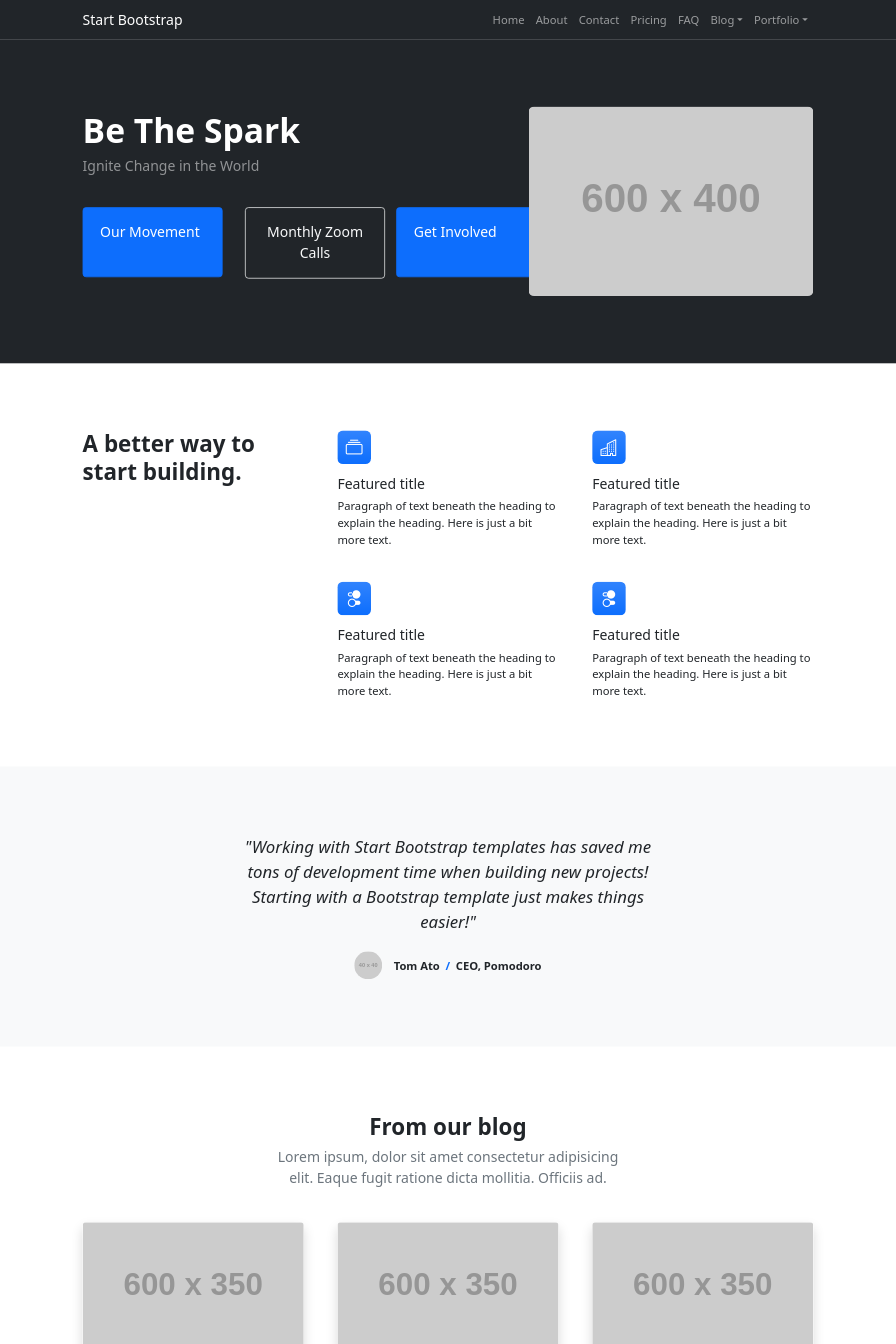
Repository: DragonFruit8/BeTheSpark
Page: index.html
An editor plug-in stored every save of this project. The page is shown before and after a run of saves, followed by the edit.
The browser window is 1280 px wide. The pictures show the part of the page from y = 0 to 1920 px (the page is 2663 px tall before and 2852 px after), at 70% of full size.

Above is the page before, as saved 2024-01-05 08:21:32.

### index.html
<!DOCTYPE html>
<html lang="en">
    <head>
        <meta charset="utf-8" />
        <meta name="viewport" content="width=device-width, initial-scale=1, shrink-to-fit=no" />
        <meta name="description" content="" />
        <meta name="author" content="" />
        <title>Modern Business - Start Bootstrap Template</title>
        <!-- Favicon-->
        <link rel="icon" type="image/x-icon" href="assets/favicon.ico" />
        <!-- Bootstrap icons-->
        <link href="https://cdn.jsdelivr.net/npm/bootstrap-icons@1.5.0/font/bootstrap-icons.css" rel="stylesheet" />
        <!-- Core theme CSS (includes Bootstrap)-->
        <link href="css/styles.css" rel="stylesheet" />
        <link href="css/home.css" rel="stylesheet" />
    </head>
    <body class="d-flex flex-column h-100">
        <main class="flex-shrink-0">
            <!-- Navigation-->
            <nav class="navbar navbar-expand-lg navbar-dark bg-dark">
                <div class="container px-5">
                    <a class="navbar-brand" href="index.html">Start Bootstrap</a>
                    <button class="navbar-toggler" type="button" data-bs-toggle="collapse" data-bs-target="#navbarSupportedContent" aria-controls="navbarSupportedContent" aria-expanded="false" aria-label="Toggle navigation"><span class="navbar-toggler-icon"></span></button>
                    <div class="collapse navbar-collapse" id="navbarSupportedContent">
                        <ul class="navbar-nav ms-auto mb-2 mb-lg-0">
                            <li class="nav-item"><a class="nav-link" href="index.html">Home</a></li>
                            <li class="nav-item"><a class="nav-link" href="about.html">About</a></li>
                            <li class="nav-item"><a class="nav-link" href="contact.html">Contact</a></li>
                            <li class="nav-item"><a class="nav-link" href="pricing.html">Pricing</a></li>
                            <li class="nav-item"><a class="nav-link" href="faq.html">FAQ</a></li>
                            <li class="nav-item dropdown">
                                <a class="nav-link dropdown-toggle" id="navbarDropdownBlog" href="#" role="button" data-bs-toggle="dropdown" aria-expanded="false">Blog</a>
                                <ul class="dropdown-menu dropdown-menu-end" aria-labelledby="navbarDropdownBlog">
                                    <li><a class="dropdown-item" href="blog-home.html">Blog Home</a></li>
                                    <li><a class="dropdown-item" href="blog-post.html">Blog Post</a></li>
                                </ul>
                            </li>
                            <li class="nav-item dropdown">
                                <a class="nav-link dropdown-toggle" id="navbarDropdownPortfolio" href="#" role="button" data-bs-toggle="dropdown" aria-expanded="false">Portfolio</a>
                                <ul class="dropdown-menu dropdown-menu-end" aria-labelledby="navbarDropdownPortfolio">
                                    <li><a class="dropdown-item" href="portfolio-overview.html">Portfolio Overview</a></li>
                                    <li><a class="dropdown-item" href="portfolio-item.html">Portfolio Item</a></li>
                                </ul>
                            </li>
                        </ul>
                    </div>
                </div>
            </nav>
            <!-- Header-->
            <header class="bg-dark py-5">
                <div class="container px-5">
                    <div class="row gx-5 align-items-center justify-content-center">
                        <div class="col-lg-8 col-xl-7 col-xxl-6">
                            <div class="my-5 text-center text-xl-start">
                                <h1 class="display-5 fw-bolder text-white mb-2">Be The Spark</h1>
                                <p class="lead fw-normal text-white-50 mb-4">Ignite Change in the World</p>
                                <div id="CTA" class="d-grid gap-3 d-sm-flex justify-content-sm-center justify-content-xl-start">
                                    <a class="btn btn-primary w-100 h-100 btn-lg px-4 me-sm-3" href="#features">Our Movement</a>
                                    <a class="btn btn-outline-light w-100 h-100 btn-lg px-4" href="#!">Monthly Zoom Calls</a>
                                    <a class="btn btn-primary btn-lg w-100 h-100 px-4 me-sm-3" href="#features">Get Involved </a>
                                </div>
                            </div>
                        </div>
                        <div class="col-xl-5 col-xxl-6 d-none d-xl-block text-center"><img class="img-fluid rounded-3 my-5" src="https://dummyimage.com/600x400/343a40/6c757d" alt="..." /></div>
                    </div>
                </div>
            </header>
            <!-- Features section-->
            <section class="py-5" id="features">
                <div class="container px-5 my-5">
                    <div class="row gx-5">
                        <div class="col-lg-4 mb-5 mb-lg-0"><h2 class="fw-bolder mb-0">A better way to start building.</h2></div>
                        <div class="col-lg-8">
                            <div class="row gx-5 row-cols-1 row-cols-md-2">
                                <div class="col mb-5 h-100">
                                    <div class="feature bg-primary bg-gradient text-white rounded-3 mb-3"><i class="bi bi-collection"></i></div>
                                    <h2 class="h5">Featured title</h2>
                                    <p class="mb-0">Paragraph of text beneath the heading to explain the heading. Here is just a bit more text.</p>
                                </div>
                                <div class="col mb-5 h-100">
                                    <div class="feature bg-primary bg-gradient text-white rounded-3 mb-3"><i class="bi bi-building"></i></div>
                                    <h2 class="h5">Featured title</h2>
                                    <p class="mb-0">Paragraph of text beneath the heading to explain the heading. Here is just a bit more text.</p>
                                </div>
                                <div class="col mb-5 mb-md-0 h-100">
                                    <div class="feature bg-primary bg-gradient text-white rounded-3 mb-3"><i class="bi bi-toggles2"></i></div>
                                    <h2 class="h5">Featured title</h2>
                                    <p class="mb-0">Paragraph of text beneath the heading to explain the heading. Here is just a bit more text.</p>
                                </div>
                                <div class="col h-100">
                                    <div class="feature bg-primary bg-gradient text-white rounded-3 mb-3"><i class="bi bi-toggles2"></i></div>
                                    <h2 class="h5">Featured title</h2>
                                    <p class="mb-0">Paragraph of text beneath the heading to explain the heading. Here is just a bit more text.</p>
                                </div>
                            </div>
                        </div>
                    </div>
                </div>
            </section>
            <!-- Testimonial section-->
            <div class="py-5 bg-light">
                <div class="container px-5 my-5">
                    <div class="row gx-5 justify-content-center">
                        <div class="col-lg-10 col-xl-7">
                            <div class="text-center">
                                <div class="fs-4 mb-4 fst-italic">"Working with Start Bootstrap templates has saved me tons of development time when building new projects! Starting with a Bootstrap template just makes things easier!"</div>
                                <div class="d-flex align-items-center justify-content-center">
                                    <img class="rounded-circle me-3" src="https://dummyimage.com/40x40/ced4da/6c757d" alt="..." />
                                    <div class="fw-bold">
                                        Tom Ato
                                        <span class="fw-bold text-primary mx-1">/</span>
                                        CEO, Pomodoro
                                    </div>
                                </div>
                            </div>
                        </div>
                    </div>
                </div>
            </div>
            <!-- Blog preview section-->
            <section class="py-5">
                <div class="container px-5 my-5">
                    <div class="row gx-5 justify-content-center">
                        <div class="col-lg-8 col-xl-6">
                            <div class="text-center">
                                <h2 class="fw-bolder">From our blog</h2>
                                <p class="lead fw-normal text-muted mb-5">Lorem ipsum, dolor sit amet consectetur adipisicing elit. Eaque fugit ratione dicta mollitia. Officiis ad.</p>
                            </div>
                        </div>
                    </div>
                    <div class="row gx-5">
                        <div class="col-lg-4 mb-5">
                            <div class="card h-100 shadow border-0">
                                <img class="card-img-top" src="https://dummyimage.com/600x350/ced4da/6c757d" alt="..." />
                                <div class="card-body p-4">
                                    <div class="badge bg-primary bg-gradient rounded-pill mb-2">News</div>
                                    <a class="text-decoration-none link-dark stretched-link" href="#!"><h5 class="card-title mb-3">Blog post title</h5></a>
                                    <p class="card-text mb-0">Some quick example text to build on the card title and make up the bulk of the card's content.</p>
                                </div>
                                <div class="card-footer p-4 pt-0 bg-transparent border-top-0">
                                    <div class="d-flex align-items-end justify-content-between">
                                        <div class="d-flex align-items-center">
                                            <img class="rounded-circle me-3" src="https://dummyimage.com/40x40/ced4da/6c757d" alt="..." />
                                            <div class="small">
                                                <div class="fw-bold">Kelly Rowan</div>
                                                <div class="text-muted">March 12, 2023 &middot; 6 min read</div>
                                            </div>
                                        </div>
                                    </div>
                                </div>
                            </div>
                        </div>
                        <div class="col-lg-4 mb-5">
                            <div class="card h-100 shadow border-0">
                                <img class="card-img-top" src="https://dummyimage.com/600x350/adb5bd/495057" alt="..." />
                                <div class="card-body p-4">
                                    <div class="badge bg-primary bg-gradient rounded-pill mb-2">Media</div>
                                    <a class="text-decoration-none link-dark stretched-link" href="#!"><h5 class="card-title mb-3">Another blog post title</h5></a>
                                    <p class="card-text mb-0">This text is a bit longer to illustrate the adaptive height of each card. Some quick example text to build on the card title and make up the bulk of the card's content.</p>
                                </div>
                                <div class="card-footer p-4 pt-0 bg-transparent border-top-0">
                                    <div class="d-flex align-items-end justify-content-between">
                                        <div class="d-flex align-items-center">
                                            <img class="rounded-circle me-3" src="https://dummyimage.com/40x40/ced4da/6c757d" alt="..." />
                                            <div class="small">
                                                <div class="fw-bold">Josiah Barclay</div>
                                                <div class="text-muted">March 23, 2023 &middot; 4 min read</div>
                                            </div>
                                        </div>
                                    </div>
                                </div>
                            </div>
                        </div>
                        <div class="col-lg-4 mb-5">
                            <div class="card h-100 shadow border-0">
                                <img class="card-img-top" src="https://dummyimage.com/600x350/6c757d/343a40" alt="..." />
                                <div class="card-body p-4">
                                    <div class="badge bg-primary bg-gradient rounded-pill mb-2">News</div>
                                    <a class="text-decoration-none link-dark stretched-link" href="#!"><h5 class="card-title mb-3">The last blog post title is a little bit longer than the others</h5></a>
                                    <p class="card-text mb-0">Some more quick example text to build on the card title and make up the bulk of the card's content.</p>
                                </div>
                                <div class="card-footer p-4 pt-0 bg-transparent border-top-0">
                                    <div class="d-flex align-items-end justify-content-between">
                                        <div class="d-flex align-items-center">
                                            <img class="rounded-circle me-3" src="https://dummyimage.com/40x40/ced4da/6c757d" alt="..." />
                                            <div class="small">
                                                <div class="fw-bold">Evelyn Martinez</div>
                                                <div class="text-muted">April 2, 2023 &middot; 10 min read</div>
                                            </div>
                                        </div>
                                    </div>
                                </div>
                            </div>
                        </div>
                    </div>
                    <!-- Call to action-->
                    <aside class="bg-primary bg-gradient rounded-3 p-4 p-sm-5 mt-5">
                        <div class="d-flex align-items-center justify-content-between flex-column flex-xl-row text-center text-xl-start">
                            <div class="mb-4 mb-xl-0">
                                <div class="fs-3 fw-bold text-white">New products, delivered to you.</div>
                                <div class="text-white-50">Sign up for our newsletter for the latest updates.</div>
                            </div>
                            <div class="ms-xl-4">
                                <div class="input-group mb-2">
                                    <input class="form-control" type="text" placeholder="Email address..." aria-label="Email address..." aria-describedby="button-newsletter" />
                                    <button class="btn btn-outline-light" id="button-newsletter" type="button">Sign up</button>
                                </div>
                                <div class="small text-white-50">We care about privacy, and will never share your data.</div>
                            </div>
                        </div>
                    </aside>
                </div>
            </section>
        </main>
        <!-- Footer-->
        <footer class="bg-dark py-4 mt-auto">
            <div class="container px-5">
                <div class="row align-items-center justify-content-between flex-column flex-sm-row">
                    <div class="col-auto"><div class="small m-0 text-white">Copyright &copy; Your Website 2023</div></div>
                    <div class="col-auto">
                        <a class="link-light small" href="#!">Privacy</a>
                        <span class="text-white mx-1">&middot;</span>
                        <a class="link-light small" href="#!">Terms</a>
                        <span class="text-white mx-1">&middot;</span>
                        <a class="link-light small" href="#!">Contact</a>
                    </div>
                </div>
            </div>
        </footer>
        <!-- Bootstrap core JS-->
        <script src="https://cdn.jsdelivr.net/npm/bootstrap@5.2.3/dist/js/bootstrap.bundle.min.js"></script>
        <!-- Core theme JS-->
        <script src="js/scripts.js"></script>
    </body>
</html>

### css/home.css
#CTA a{
    display: flex;
    min-height:300px;
    min-width: 300px;
    padding: 20px;
    margin-top: 20px;
    margin-bottom: 20px;
    border-radius: 5px;
}

@media (min-width: 1080px) {
    #CTA a{
        display: inline-flex;
        flex-direction: row;
        min-height:100px;
        min-width: 200px;
        margin-top: 20px;
        margin-bottom: 20px;
        border-radius: 5px;
    }
}

Loaded but not shown: css/styles.css (library); js/scripts.js (common file)

After the next 2 saves:
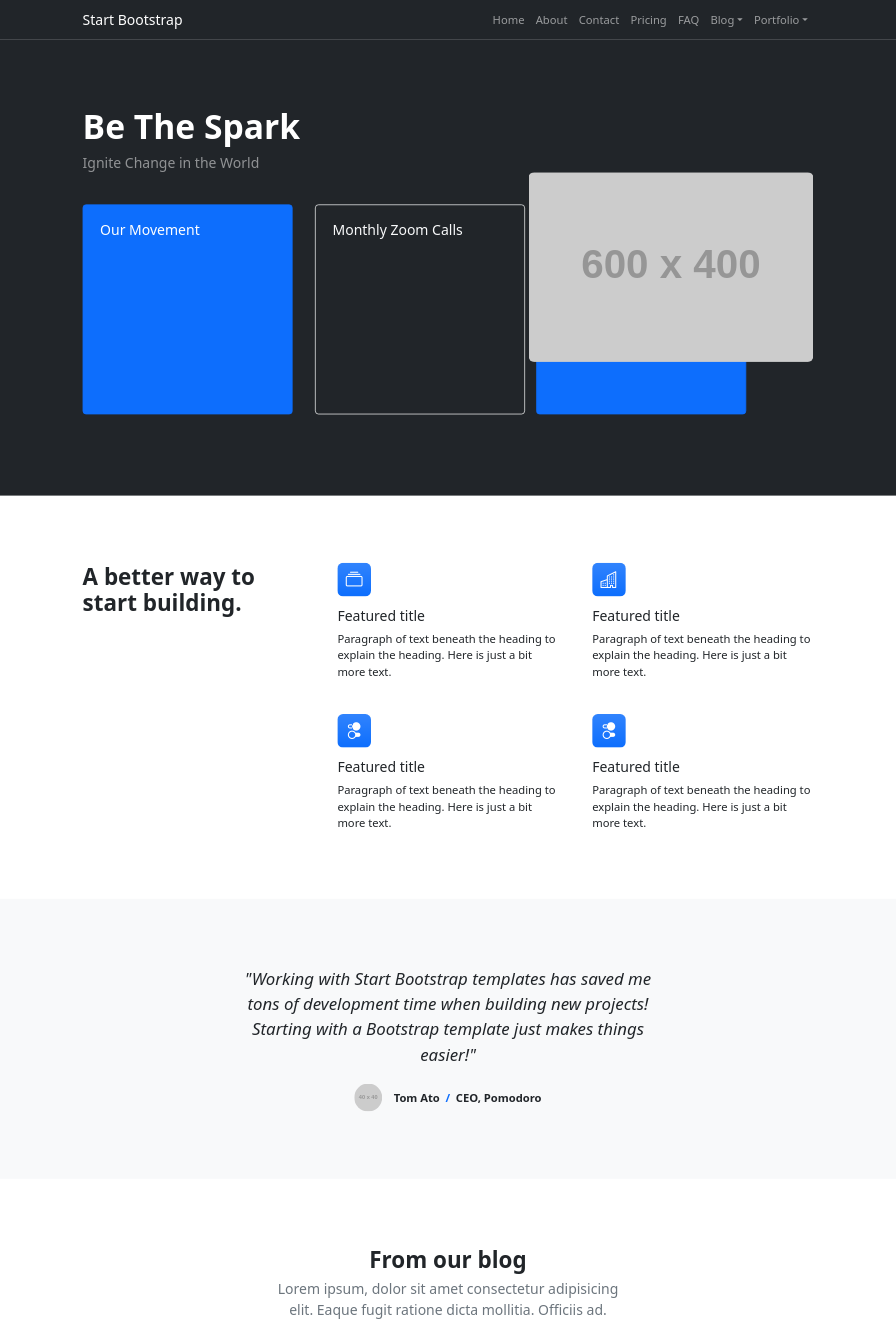
The 2 saves are shown as one change because they came seconds apart.
The last was saved 27 s later.
--- a/css/home.css
+++ b/css/home.css
@@ -7,6 +7,8 @@
     margin-bottom: 20px;
     border-radius: 5px;
 }
+
+@
 
 @media (min-width: 1080px) {
     #CTA a{
